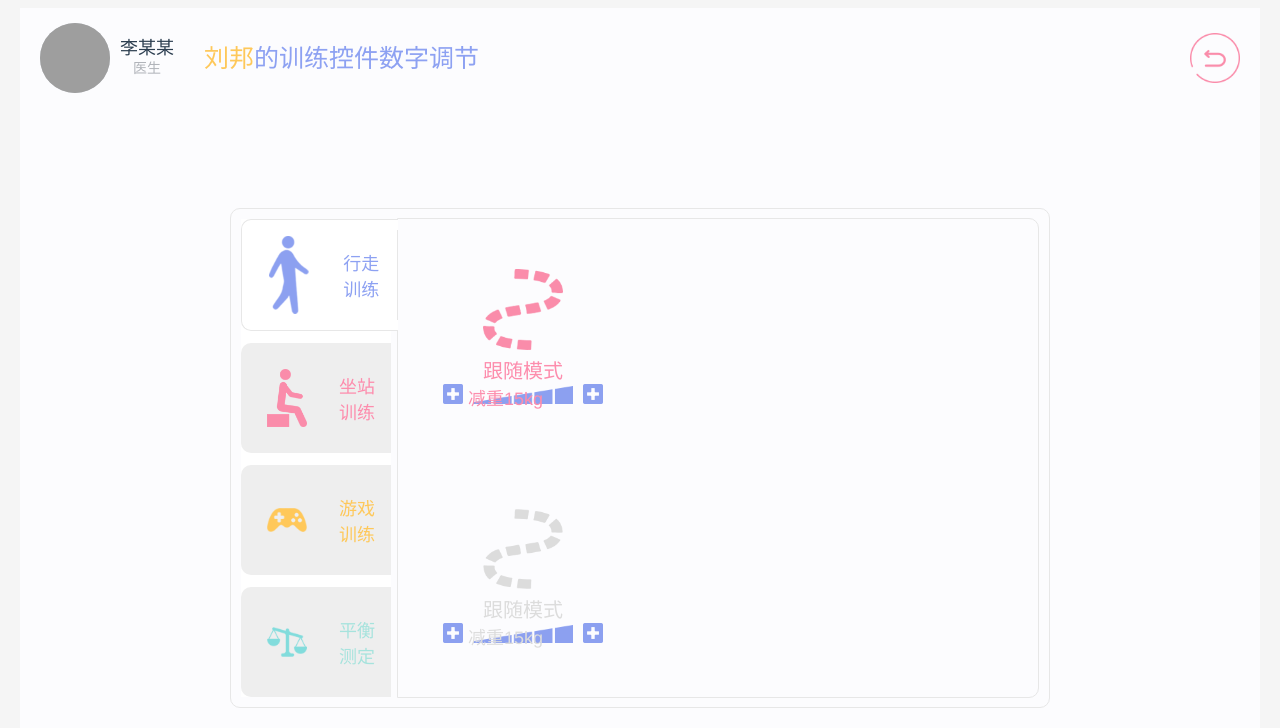
Repository: wangdanqing90/electron-vue-doctor
Page: /#/trainingAdjust
An editor plug-in stored every save of this project. The page is shown before and after the next save, followed by the edit.
The browser window is 1280 px wide. The pictures show the whole page.
Pictures or frames that could not be fetched are drawn as grey boxes. The project was rebuilt for these pictures with package versions that can differ from the ones it lists, and the page was loaded fresh each time. Also part of the build but not shown: vue.config.js, src/views/Home.vue, src/assets/styles/variable.scss, src/assets/styles/iconfont.css.

Above is the page before, as saved 2020-01-15 11:11:36.

### public/index.html
<!DOCTYPE html>
<html lang="en">
  <head>
    <meta charset="utf-8">
    <meta http-equiv="X-UA-Compatible" content="IE=edge">
    <meta name="viewport" content="width=device-width,initial-scale=1.0">
    <link rel="icon" href="<%= BASE_URL %>favicon.ico">
    <title>electron-vue-demo</title>
  </head>
  <body>
    <noscript>
      <strong>We're sorry but electron-vue-demo doesn't work properly without JavaScript enabled. Please enable it to continue.</strong>
    </noscript>
    <div id="app"></div>
    <!-- built files will be auto injected -->
  </body>
</html>

### src/main.js
import Vue from 'vue'
import ElementUI from 'element-ui';
import 'element-ui/lib/theme-chalk/index.css';
import App from './App.vue'
import router from './router'
import store from './store'


import './assets/styles/variable.scss';
import './assets/styles/base.scss';
import './assets/styles/common.scss';
import './assets/styles/iconfont.css';
import common from './assets/js/common.js';


Vue.config.productionTip = false;
Vue.prototype.common = common;
Vue.use(ElementUI);


var vm = new Vue({
  router,
  store,
  render: h => h(App)
}).$mount('#app')





//var addon = require('bindings')('hello');var addon = require('bindings')('hello');
//alert(addon.hello()); // 'world'

### src/App.vue
<template>
  <div id="app">
    <!-- <div id="nav">
      <router-link to="/">Home</router-link> |
      <router-link to="/about">About</router-link>
    </div>-->
    <keep-alive>
      <router-view v-if="$route.meta.keepAlive"></router-view>
    </keep-alive>
    <router-view v-if="!$route.meta.keepAlive"></router-view>
  </div>
</template>

<style lang="scss">
#app {
  font-family: "Avenir", Helvetica, Arial, sans-serif;
  -webkit-font-smoothing: antialiased;
  -moz-osx-font-smoothing: grayscale;
  text-align: center;
  color: #2c3e50;
  height: 100%;
}
#nav {
  padding: 30px;
  a {
    font-weight: bold;
    color: #2c3e50;
    &.router-link-exact-active {
      color: #42b983;
    }
  }
}
</style>

### src/assets/styles/base.scss
html {
  background: #f5f5f5;
  height: 100%;
}

body {
  height: 100%;
}

p {
  margin: 0;
  padding: 0;
}

ol,
ul {
  list-style: none;
  margin: 0;
  padding: 0;
}

a {
  cursor: pointer;
}

.wrap-white {
  background: #fff;
  padding-left: 20px;
  padding-right: 20px;
  overflow: hidden;

}

.el-breadcrumb {
  margin-bottom: 15px;
}

.el-titleText {
  font-size: 20px;
  color: black;
  height: 64px;
  line-height: 64px;
}

//::-webkit-scrollbar {
//  width: 5px;
//  height: 5px;
//}
//
//::-webkit-scrollbar:horizontal {
//  height: 15px;
//}
//
//::-webkit-scrollbar-track-piece:vertical {
//  background-color: rgba(0, 0, 0, 0.2);
//  -webkit-border-radius: 6px;
//}
//
//::-webkit-scrollbar-track:horizontal {
//  background-color: rgba(0, 0, 0, 0.2);
//}
//
//::-webkit-scrollbar-thumb:vertical {
//  height: 5px;
//  background-color: rgba(125, 125, 125, 0.7);
//  -webkit-border-radius: 6px;
//}
//
//::-webkit-scrollbar-thumb:horizontal {
//  width: 5px;
//  background-color: rgba(125, 125, 125, 0.7);
//}

input[type="text"],
input[type="number"] {
  //-webkit-appearance: none;
  background-color: #fff;
  border-radius: 4px;
  border: 1px solid #d8dce5;
  box-sizing: border-box;
  color: #5a5e66;
  display: inline-block;
  font-size: inherit;
  height: 40px;
  line-height: 1;
  outline: 0;
  padding: 0 15px;
  -webkit-transition: border-color .2s cubic-bezier(.645, .045, .355, 1);
  transition: border-color .2s cubic-bezier(.645, .045, .355, 1);
  width: 100%;

  &:hover {
    border-color: #b4bccc;
  }

  &:focus {
    border-color: #409EFF;
    outline: 0;
  }
}

/*滚动条*/
::-webkit-scrollbar {
  -webkit-appearance: none;
}

::-webkit-scrollbar:vertical {
  width: 10px;
}

::-webkit-scrollbar:horizontal {
  height: 10px;
}

::-webkit-scrollbar-thumb {
  background-color: rgba(0, 0, 0, .5);
  border-radius: 10px;
  border: 2px solid #ffffff;
}

::-webkit-scrollbar-track {
  border-radius: 10px;
  background-color: #ffffff;
}

/*margin*/
.margin-bottom-240 {
  margin-bottom: 240px;
}

.margin-top--10 {
  margin-top: -10px;
}

.margin-top--15 {
  margin-top: -15px;
}

.margin-top--18 {
  margin-top: -18px;
}

.margin-top--20 {
  margin-top: -20px;
}

.margin-top--40 {
  margin-top: -40px;
}

.margin-top--60 {
  margin-top: -60px;
}

.margin-top--80 {
  margin-top: -80px;
}

.margin-top--180 {
  margin-top: -180px;
}

.margin-top-0 {
  margin-top: 0px !important;
}

.margin-top-10 {
  margin-top: 10px;
}

.margin-top-15 {
  margin-top: 15px;
}

.margin-top-20 {
  margin-top: 20px;
}

.margin-top-25 {
  margin-top: 25px;
}

.margin-top-30 {
  margin-top: 30px;
}

.margin-top-35 {
  margin-top: 35px;
}

.margin-top-40 {
  margin-top: 40px;
}

.margin-top-46 {
  margin-top: 46px;
}

.margin-top-50 {
  margin-top: 50px;
}

.margin-top-60 {
  margin-top: 60px;
}

.margin-top-70 {
  margin-top: 70px;
}

.margin-top-80 {
  margin-top: 80px;
}

.margin-top-100 {
  margin-top: 100px;
}

.margin-bottom-0 {
  margin-bottom: 0px !important;
}

.margin-bottom-5 {
  margin-bottom: 5px;
}

.margin-bottom-10 {
  margin-bottom: 20px;
}

.margin-bottom-20 {
  margin-bottom: 20px;
}

.margin-bottom-25 {
  margin-bottom: 25px;
}

.margin-bottom-30 {
  margin-bottom: 30px;
}

.margin-bottom-40 {
  margin-bottom: 40px;
}

.margin-bottom-50 {
  margin-bottom: 50px;
}

.margin-bottom-60 {
  margin-bottom: 60px;
}

.margin-bottom-70 {
  margin-bottom: 70px;
}

.margin-left-0 {
  margin-left: 0px !important;
}

.margin-left-5 {
  margin-left: 5px;
}

.margin-left--15 {
  margin-left: -15px;
}

.margin-left--35 {
  margin-left: -35px;
}

.margin-left-10 {
  margin-left: 10px;
}

.margin-left-25 {
  margin-left: 25px;
}

.margin-left-30 {
  margin-left: 30px;
}

.margin-left-40 {
  margin-left: 40px;
}

.margin-right-0 {
  margin-right: 0px;
}

.margin-right-5 {
  margin-right: 5px;
}

.margin-right-10 {
  margin-right: 10px;
}

.margin-right-30 {
  margin-right: 30px;
}


.margin-right--15 {
  margin-right: -15px;
}

.margin-right--35 {
  margin-right: -35px;
}

.margin-right--50 {
  margin-right: -50px;
}

.margin-0 {
  margin: 0px;
}

.padding-top-5 {
  padding-top: 5px;
}

.padding-top-10 {
  padding-top: 10px;
}

.padding-top-15 {
  padding-top: 15px;
}

.padding-top-20 {
  padding-top: 20px;
}

.padding-top-26 {
  padding-top: 26px;
}

.padding-top-30 {
  padding-top: 30px;
}

.padding-top-35 {
  padding-top: 35px;
}

.padding-top-40 {
  padding-top: 40px;
}

.padding-top-60 {
  padding-top: 60px;
}

.padding-top-70 {
  padding-top: 70px;
}

.padding-top-100 {
  padding-top: 100px;
}

.padding-top-150 {
  padding-top: 150px;
}

.padding-top-250 {
  padding-top: 250px;
}

.padding-left-0 {
  padding-left: 0px;
}

.padding-left-5 {
  padding-left: 5px;
}

.padding-left-7 {
  padding-left: 7.5px;
}

.padding-left-10 {
  padding-left: 10px;
}

.padding-left-12 {
  padding-left: 12px;
}

.padding-left-15 {
  padding-left: 15px;
}

.padding-left-20 {
  padding-left: 20px;
}

.padding-left-24 {
  padding-left: 24px;
}

.padding-left-30 {
  padding-left: 30px;
}

.padding-left-40 {
  padding-left: 40px;
}

.padding-left-50 {
  padding-left: 50px;
}

.padding-left-70 {
  padding-left: 70px;
}

.padding-left-90 {
  padding-left: 90px;
}

.padding-bottom-5 {
  padding-bottom: 5px;
}

.padding-bottom-10 {
  padding-bottom: 10px;
}

.padding-bottom-20 {
  padding-bottom: 20px;
}

.padding-bottom-26 {
  padding-bottom: 26px;
}

.padding-bottom-30 {
  padding-bottom: 30px;
}

.padding-bottom-40 {
  padding-bottom: 40px;
}

.padding-bottom-50 {
  padding-bottom: 50px;
}

.padding-bottom-60 {
  padding-bottom: 60px;
}

.padding-bottom-100 {
  padding-bottom: 100px;
}

.padding-right-0 {
  padding-right: 0px;
}

.padding-right-7 {
  padding-right: 7.5px;
}

.padding-right-15 {
  padding-right: 15px;
}

.padding-right-30 {
  padding-right: 30px;
}

.padding-right-40 {
  padding-right: 40px;
}

.padding-right-50 {
  padding-right: 50px;
}

.padding-right-60 {
  padding-right: 60px;
}

.padding-right-90 {
  padding-right: 90px;
}

.padding-0 {
  padding: 0px !important;
}

.padding-15 {
  padding: 15px;
}

.padding-20 {
  padding: 20px;
}

@media (min-width: 992px) {
  .margin-left-15 {
    margin-left: 15px;
  }

  .margin-right-15 {
    margin-right: 15px;
  }
}

body {
  font-size: 12px;
  color: #7F8FA4;
  font-family: "Helvetica Neue", Helvetica, "PingFang SC", "Hiragino Sans GB", "Microsoft YaHei", "微软雅黑", Arial, sans-serif;
  box-sizing: border-box;
}

.container {
  width: 1200px;
  min-height: 100%;
  margin: 0 auto;
  background: #fcfcfe;
  padding: 0 20px;
}

.el-dialog__body {
  font-size: 12px;
}

.pb10 {
  padding-bottom: 10px;
}

.pb30 {
  padding-bottom: 30px;
}

.mb30 {
  margin-bottom: 30px;
}

.toolbar {
  background: #fff;
  padding: 10px;
  margin: 10px 0px;
  text-align: center;
}

.handleMoreWrap .el-dialog__body {
  padding: 10px;
}

.handleMore-title {
  text-align: center;
  padding-bottom: 6px;
}

.handleMoreHeight {
  max-height: 300px;
  overflow: hidden;
  overflow-y: auto;
  border-top: 1px solid #ddd;
  padding-top: 10px;
}

.el-table__header th {
  white-space: nowrap;
  font-size: 12px;
  font-weight: 100;
}

.content-wrapper {
  -webkit-overflow-scrolling: touch;
}

.center {
  text-align: center;
}

.text-right {
  text-align: right;
}

.text-left {
  text-align: left;
}

.f-left {
  float: left;
}

.f-right {
  float: right;
}

.hand {
  cursor: pointer;
}

/*flex兼容*/
.display_flex {
  display: -webkit-box;
  display: -ms-flexbox;
  display: -webkit-flex;
  display: flex;
}

// .display_flex>* {
//   display: block;
// }

.display_inline-flex {
  display: -webkit-inline-box;
  display: -ms-inline-flexbox;
  display: -webkit-inline-flex;
  display: inline-flex;
}

// .display_inline-flex>* {
//   display: block;
// }

/*伸缩流方向*/
.flex-direction_column {
  -webkit-box-orient: vertical;
  -ms-flex-direction: column;
  -webkit-flex-direction: column;
  flex-direction: column;
}

/*主轴对齐*/
.justify-content_flex-center {
  -webkit-box-pack: center;
  -ms-flex-pack: center;
  -webkit-justify-content: center;
  justify-content: center;
}

.justify-content_flex-start {
  -webkit-box-pack: start;
  -ms-flex-pack: start;
  -webkit-justify-content: flex-start;
  justify-content: flex-start;
}

.justify-content_flex-end {
  -webkit-box-pack: end;
  -ms-flex-pack: end;
  -webkit-justify-content: flex-end;
  justify-content: flex-end;
}

.justify-content_flex-justify {
  -webkit-box-pack: justify;
  -ms-flex-pack: justify;
  -webkit-justify-content: space-between;
  justify-content: space-between;
}

.justify-content_flex-around {
  -webkit-box-pack: justify;
  -ms-flex-pack: justify;
  -webkit-justify-content: space-around;
  justify-content: space-around;
}

/*侧轴对齐*/
.align-items_flex-start {
  -webkit-box-align: start;
  -ms-flex-align: start;
  -webkit-align-items: flex-start;
  align-items: flex-start;
}

.align-items_flex-end {
  -webkit-box-align: end;
  -ms-flex-align: end;
  -webkit-align-items: flex-end;
  align-items: flex-end;
}

.align-items_center {
  -webkit-box-align: center;
  -ms-flex-align: center;
  -webkit-align-items: center;
  align-items: center;
}

.align-items_baseline {
  -webkit-box-align: baseline;
  -ms-flex-align: baseline;
  -webkit-align-items: baseline;
  align-items: baseline;
}

/*伸缩性*/
.flex_auto {
  -webkit-box-flex: 1;
  -ms-flex: auto;
  -webkit-flex: auto;
  flex: auto;
}

.flex_1 {
  width: 0;
  -webkit-box-flex: 1;
  -ms-flex: 1;
  -webkit-flex: 1;
  flex: 1;
}

/*显示顺序*/
.order_2 {
  -webkit-box-ordinal-group: 2;
  -ms-flex-order: 2;
  -webkit-order: 2;
  order: 2;
}

.order_3 {
  -webkit-box-ordinal-group: 3;
  -ms-flex-order: 3;
  -webkit-order: 3;
  order: 3;
}

### src/assets/styles/common.scss
.clearfix {

  &::after {
    display: block;
    height: 0;
    content: ".";
    clear: both;
    visibility: hidden;
  }
}

.float-left {
  float: left;
}

.float-right {
  float: right;
}

.align-left {
  text-align: left;
}

.align-right {
  text-align: right;
}

.small-size {
  font-size: 12px !important;
}

.large-size {
  font-size: 16px !important;
}

.New-elFrom {
  padding: 10px;
  background: #fff;

  .el-form-item {
    margin-bottom: 0;
  }

  .el-form-item__label {
    padding: 0;
    line-height: 30px;
    font-size: 12px;
    color: #7F8FA4;

  }

  .el-form-item__content-btn {
    text-align: center;
    padding: 20px 0 10px;
  }

  .el-select {
    display: block;
  }

  .el-date-editor.el-input,
  .el-input-number--medium {
    width: 100%;
  }
}

.el-radio-group {
  display: flex;
  display: -webkit-flex;
}

.el-radio-group .el-radio-button {
  flex: 1;
}



.el-button.purple,
.el-button.purple:active,
.el-button.purple:focus,
.el-button.purple:hover {
  color: white;
  background-color: #8c69e7;
  border: none;
  box-shadow: 0 2px 12px 0 rgba(240, 240, 240, 0.1)
}



.el-dialog {
  border-radius: 10px;

  .el-dialog__body {
    .purple {
      color: $purpleFontColor;
      font-size: 20px;
    }
  }
}

.el-form-item__label {
  color: $purpleFontColor;
}

.el-message-box .el-message-box__content {
  color: $purpleFontColor;
  font-size: 20px;
  margin: 30px 0;
  text-align: center;
}

.purpleFontColor {
  color: $purpleFontColor;
}

.pinkFontColor {
  color: $pinkFontColor;
}

.greenFontColor {
  color: $greenFontColor;
}

.yellowFontColor {
  color: $yellowFontColor;
}

### src/assets/js/common.js
1
export default {
    login: function () {
        console.log("1111");
    },

    // 判断是否为空
    isNullOrBlank: function (strJudge) {
        return strJudge === null || strJudge === undefined || strJudge === '';
    },

    // 计算两个日期时间差
    DateDiff: function (sDate1, sDate2) { // sDate1和sDate2是2002-12-18格式
        var aDate, oDate1, oDate2, iDays
        aDate = sDate1.split('-')
        oDate1 = new Date(aDate[1] + '-' + aDate[2] + '-' + aDate[0])
        aDate = sDate2.split('-')
        oDate2 = new Date(aDate[1] + '-' + aDate[2] + '-' + aDate[0])
        iDays = parseInt(Math.abs(oDate1 - oDate2) / 1000 / 60 / 60 / 24)
        return iDays
    }
}

### src/views/TrainingAdjust/TrainingAdjust.vue
/* eslint-disable vue/no-unused-vars */
<template>
  <div class="container">
    <HeaderDoctor :leftImg="leftImg" :title="title" :titleName="titleName">
      <template v-slot:right>
        <div class="header-right-div display_flex justify-content_flex-center align-items_center">
          <img src="@/../images/back.png" @click="backClick" />
        </div>
      </template>
    </HeaderDoctor>

    <div class="inform-container">
      <div class="inform-inner display_flex justify-content_flex-justify align-items_center">
        <div
          class="left display_inline-flex flex-direction_column justify-content_flex-justify align-items_center"
        >
          <div
            class="left-inner"
            :class="activeClass == index ? 'active':''"
            v-for="(item,index) in tagList"
            :key="index"
            @click="getItem(index)"
          >
            <div
              class="left-inner-inner display_flex justify-content_flex-around align-items_center"
            >
              <img :src="item.imgsrc" />
              <div :class="item.colorClass">
                <div>{{item.name}}</div>
                <div>{{item.namebottom}}</div>
              </div>
            </div>
          </div>
        </div>
        <div class="right">
          <div
            class="adjust-container"
            :class="activeRightClass == index ? item.colorClass:''"
            v-for="(item,index) in adjustList"
            :key="index"
            @click="selectClick(index)"
          >
            <div class="top">
              <img :src="item.activeRightClass?item.selectedImg:item.unselectedImg" />
              <div>{{item.title}}</div>
            </div>
            <div class="bottom">
              <Adjust></Adjust>
            </div>
          </div>
        </div>
      </div>
    </div>
  </div>
</template>

<script>
import HeaderDoctor from "@/components/HeaderDoctor/HeaderDoctor.vue";
import Adjust from "@/components/Adjust/Adjust.vue";

export default {
  name: "trainingPlan",
  components: {
    HeaderDoctor,
    Adjust
  },

  data() {
    return {
      leftImg: "",
      activeClass: 0,
      activeRightClass: 0,
      tagList: [
        {
          name: "行走",
          namebottom: "训练",
          id: 1,
          imgsrc: require("@/../images/walkingtraining.png"),
          colorClass: "purpleFontColor"
        },
        {
          name: "坐站",
          namebottom: "训练",
          id: 2,
          imgsrc: require("@/../images/stationtraining.png"),
          colorClass: "pinkFontColor"
        },
        {
          name: "游戏",
          namebottom: "训练",
          id: 3,
          imgsrc: require("@/../images/gametraining.png"),
          colorClass: "yellowFontColor"
        },
        {
          name: "平衡",
          namebottom: "测定",
          id: 4,
          imgsrc: require("@/../images/balancedetermination.png"),
          colorClass: "greenFontColor"
        }
      ],
      adjustList: [
        {
          selectedImg: require("@/../images/followmode_0.png"),
          unselectedImg: require("@/../images/followmode_2.png"),
          title: "跟随模式",
          width: "210px",
          colorClass: "pinkFontColor",
          activeRightClass: true
        },
        {
          selectedImg: require("@/../images/followmode_0.png"),
          unselectedImg: require("@/../images/followmode_2.png"),
          title: "跟随模式",
          width: "210px",
          colorClass: "pinkFontColor",
          activeRightClass: false
        }
      ]
    };
  },
  created() {
    this.leftImg = require("../../../images/logo.png");
    this.title = "的训练控件数字调节";
    this.titleName = "刘邦";
  },
  methods: {
    backClick() {
      this.$router.go(-1);
    },
    getItem(index) {
      this.activeClass = index; // 把当前点击元素的index，赋值给activeClass
    },
    selectClick(index) {
      this.activeRightClass = index; // 把当前点击元素的index，赋值给activeClass
    }
  },
  watch: {}
};
</script>

<style scoped lang="scss">
.header {
  .header-right {
    img {
      width: 50px;
      margin-left: 20px;
    }
  }
}
.inform-container {
  box-sizing: border-box;
  margin: 100px auto;
  height: 500px;
  font-size: 12px;
  border-radius: 10px;
  border: 1px solid #e7e7e7;
  width: 820px;

  .inform-inner {
    box-sizing: border-box;
    padding: 10px;
    height: 100%;
    font-size: 18px;
    .left {
      width: 150px;
      background: white;
      height: 100%;
      z-index: 10;
      .left-inner {
        width: 100%;
        border-radius: 10px 0 0 10px;
        background: #eeeeee;
        .left-inner-inner {
          height: 90px;
          margin: 10px 0 10px 10px;
        }
        img {
          width: 40px;
        }
      }
      .active {
        background: white;
        border-top: 1px solid #e7e7e7;
        border-left: 1px solid #e7e7e7;
        border-bottom: 1px solid #e7e7e7;
        width: 156px;
        margin-right: -6px;
        .left-inner-inner {
          border-right: 1px solid #e7e7e7;
        }
      }
    }
    .right {
      width: 640px;
      height: 100%;
      border-top: 1px solid #e7e7e7;
      border-right: 1px solid #e7e7e7;
      border-bottom: 1px solid #e7e7e7;
      border-left: 1px solid #e7e7e7;
      border-radius: 0 10px 10px 0;
      color: #dcdcdc;
      .adjust-container {
        width: 210px;
        padding: 50px 20px;
        .purpleFontColor {
          color: $purpleFontColor;
        }

        .pinkFontColor {
          color: $pinkFontColor;
        }

        .greenFontColor {
          color: $greenFontColor;
        }

        .yellowFontColor {
          color: $yellowFontColor;
        }
        .top {
          font-size: 20px;
          img {
            width: 80px;
          }
        }
      }
    }
  }
}
</style>

### src/components/HeaderDoctor/HeaderDoctor.vue
// 头部组件
<template>
  <el-row>
    <el-col :span="24" class="header">
      <div
        @click="jumpDoctorInform"
        class="header-left f-left display_flex justify-content_flex-center align-items_center"
      >
        <el-avatar
          :size="70"
          src="https://cube.elemecdn.com/0/88/03b0d39583f48206768a7534e55bcpng.png"
        ></el-avatar>
        <div
          class="display_flex flex-direction_column justify-content_flex-center align-items_center margin-left-10"
        >
          <div class="name">李某某</div>
          <div class="job">医生</div>
        </div>
      </div>
      <div class="header-middle-name f-left">{{titleName}}</div>
      <div class="header-middle f-left">{{title}}</div>

      <div class="header-right f-right">
        <slot name="right"></slot>
      </div>
    </el-col>
  </el-row>
</template>

<script>
export default {
  name: "HeaderDoctor",
  props: {
    msg: String,
    leftImg: {
      type: String,
      default: "../../../images/logo.png"
    },
    title: { String, default: "" },
    titleName: { String, default: "" }
  },

  data() {
    return {};
  },

  created() {},
  beforeDestroy() {},
  beforeMount() {},
  mounted() {},
  destroyed() {},
  methods: {
    jumpDoctorInform() {
      this.$router.push({
        path: "/detailInform",
        name: "detailInform",
        query: { type: "doctor" }
      });
    }
  }
};
</script>

<style scoped lang="scss">
.header {
  height: 100px;
  line-height: 100px;
  .header-left {
    height: 100%;
    text-align: left;
    margin-right: 30px;
    img {
      width: 150px;
    }
    .name {
      height: 20px;
      line-height: 20px;
      font-size: 18px;
    }
    .job {
      height: 20px;
      line-height: 20px;
      font-size: 14px;
      color: #b0b3b9;
    }
  }
  .header-middle-name {
    font-size: 25px;

    color: $yellowFontColor;
  }
  .header-middle {
    font-size: 25px;

    color: $purpleFontColor;
  }
  .header-right {
    height: 100%;
  }
}

::v-deep .header-right-div {
  height: 100%;
}
</style>

### src/components/Adjust/Adjust.vue
// 调节组件
<template>
  <div class="adjust">
    <img class="adjustLeft" src="@/../images/add_1.png" />
    <img class="adjustMiddle" src="@/../images/blue_5.png" />
    <img class="adjustRight" src="@/../images/add_1.png" />
    <div class="inform">
      <span>减重</span>15kg
    </div>
  </div>
</template>

<script>
export default {
  name: "Adjust",
  props: {
    msg: String,
    leftImg: {
      type: String,
      default: "../../../images/logo.png"
    },
    title: { String, default: "" }
  },

  data() {
    return {};
  },

  created() {},
  beforeDestroy() {},
  beforeMount() {},
  mounted() {},
  destroyed() {},
  methods: {}
};
</script>

<style scoped lang="scss">
.adjust {
  position: relative;
  .adjustLeft,
  .adjustRight {
    width: 20px;
  }
  .adjustMiddle {
    width: 100px;
    margin: 0 10px;
  }
  .inform {
    position: absolute;
    top: 0;
    left: 50px;
  }
}
</style>

Loaded but not shown: src/store.js (common file); src/router.js (99 lines, source omitted)

After the next save:
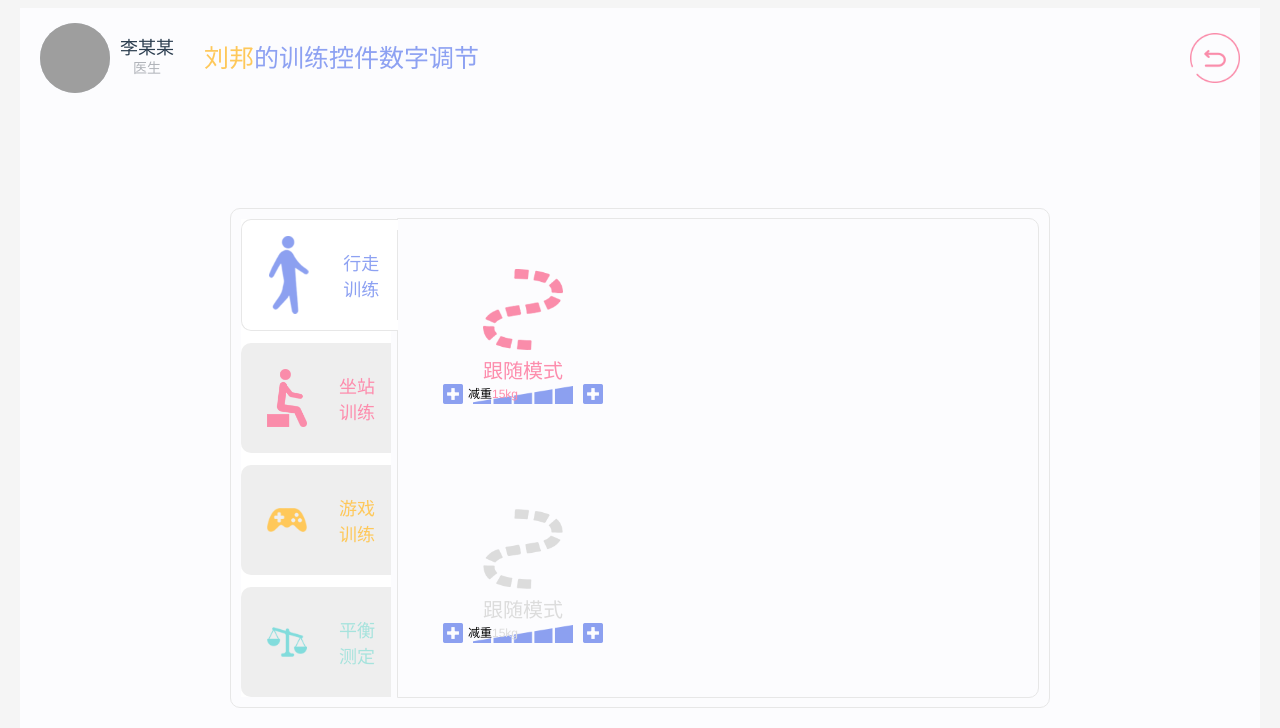
Saved 3 min 37 s later.
--- a/src/components/Adjust/Adjust.vue
+++ b/src/components/Adjust/Adjust.vue
@@ -47,9 +47,13 @@ export default {
     margin: 0 10px;
   }
   .inform {
+    font-size: 12px;
     position: absolute;
     top: 0;
     left: 50px;
+    span {
+      color: black;
+    }
   }
 }
 </style>
